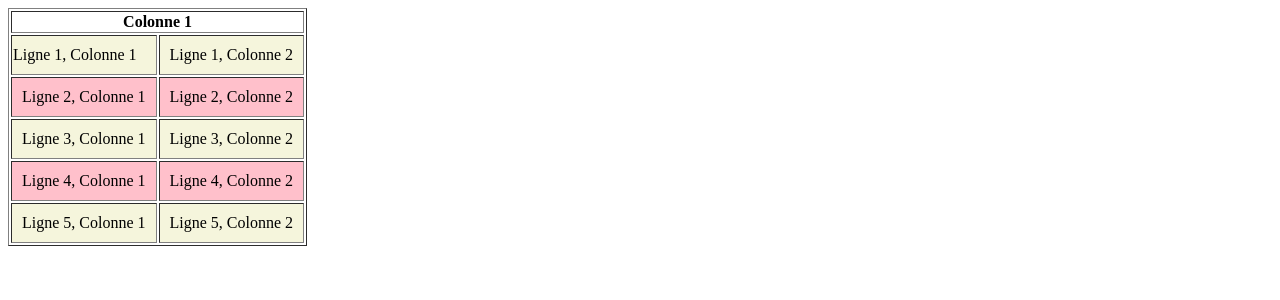
Repository: Chaimaa482/web-tp4
Page: ex1.html
The author's editor kept a copy of each file at every save. The page is drawn from the files as they stood at one save, then again after the next save.
The browser window is 1280 px wide. The pictures show the whole page.

Above is the page before, as saved 2023-10-22 15:36:02.

### ex1.html
<!DOCTYPE html>
<html>
<head>
</head>
<body>
    <table id="myTable" border="1">
        <tr>
            <th>Colonne 1</th>
        </tr>
        <tr>
            <td>Ligne 1, Colonne 1</td>
            <td>Ligne 1, Colonne 2</td>
        </tr>
        <tr>
            <td>Ligne 2, Colonne 1</td>
            <td>Ligne 2, Colonne 2</td>
        </tr>
        <tr>
            <td>Ligne 3, Colonne 1</td>
            <td>Ligne 3, Colonne 2</td>
        </tr>
        <tr>
            <td>Ligne 4, Colonne 1</td>
            <td>Ligne 4, Colonne 2</td>
        </tr>
        <tr>
            <td>Ligne 5, Colonne 1</td>
            <td>Ligne 5, Colonne 2</td>
        </tr>
    </table>

    <script>
        var table = document.getElementById("myTable");
        var cells = table.getElementsByTagName("td");


        // Fusionner les cellules de la première ligne
        var th = table.querySelector("tr:first-child th");
        th.colSpan = 2;

        // Donner une couleur de fond rose aux lignes paires et beige aux lignes impaires
        var rows = table.querySelectorAll("tr");
        for (var i = 1; i < rows.length; i++) {
            if (i % 2 === 0) {
                rows[i].style.backgroundColor = "pink";
            } else {
                rows[i].style.backgroundColor = "beige";
            }
        }

        // Donner une classe col1 aux colonnes paires et col2 aux colonnes impaires
        var cellsCol1 = table.getElementsByClassName("col1");
        var cellsCol2 = table.getElementsByClassName("col2");
        for (var i = 0; i < cells.length; i++) {
            if (i % 2 === 0) {
                cells[i].className = "col1";
            } else {
                cells[i].className = "col2";
            }
        }

        // Augmenter le padding de toutes les cellules sauf celles de la première ligne
        for (var i = 1; i < cells.length; i++) {
            cells[i].style.padding = "10px";
        }
    </script>
</body>
</html>

After the next save:
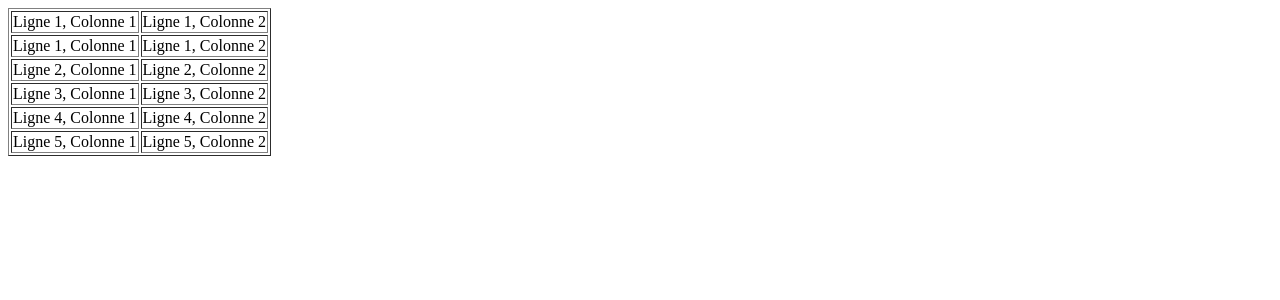
Console error: TypeError: Cannot set properties of null (setting 'colSpan')
Saved 26 s later.
--- a/ex1.html
+++ b/ex1.html
@@ -5,7 +5,8 @@
 <body>
     <table id="myTable" border="1">
         <tr>
-            <th>Colonne 1</th>
+            <td>Ligne 1, Colonne 1</td>
+            <td>Ligne 1, Colonne 2</td>
         </tr>
         <tr>
             <td>Ligne 1, Colonne 1</td>
